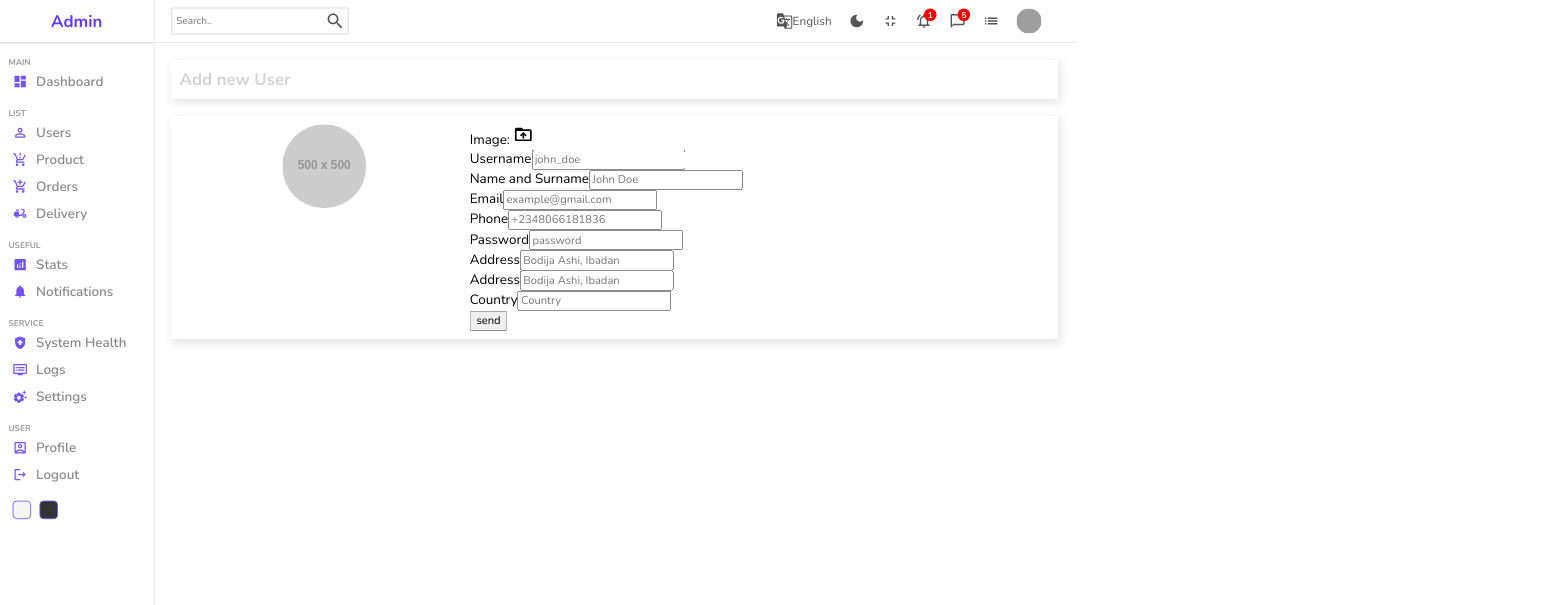
Repository: maescode/simple-react-admin-dashboard
Page: /users/new
The author's editor kept a copy of each file at every save. The page is drawn from the files as they stood at one save, then again after the next save.
The browser window is 1280 px wide. The page is 1280 px wide, then 1858 px, so the pictures cover 1858 px, including what lies to the right of the window. The pictures show the whole page, at 84% of full size.
Pictures or frames that could not be fetched are drawn as grey boxes. The project was rebuilt for these pictures with package versions that can differ from the ones it lists, and the page was loaded fresh each time. Also part of the build but not shown: src/App.css, src/pages/home/home.scss, src/pages/components/widget/widget.scss, src/pages/components/widget/Widget.jsx, src/pages/components/featured/featured.scss, src/pages/components/featured/Featured.jsx, src/pages/components/chart/chart.scss, src/pages/components/chart/Chart.jsx and 11 more.

Above is the page before, as saved 2022-08-10 06:01:16.

After the next save:
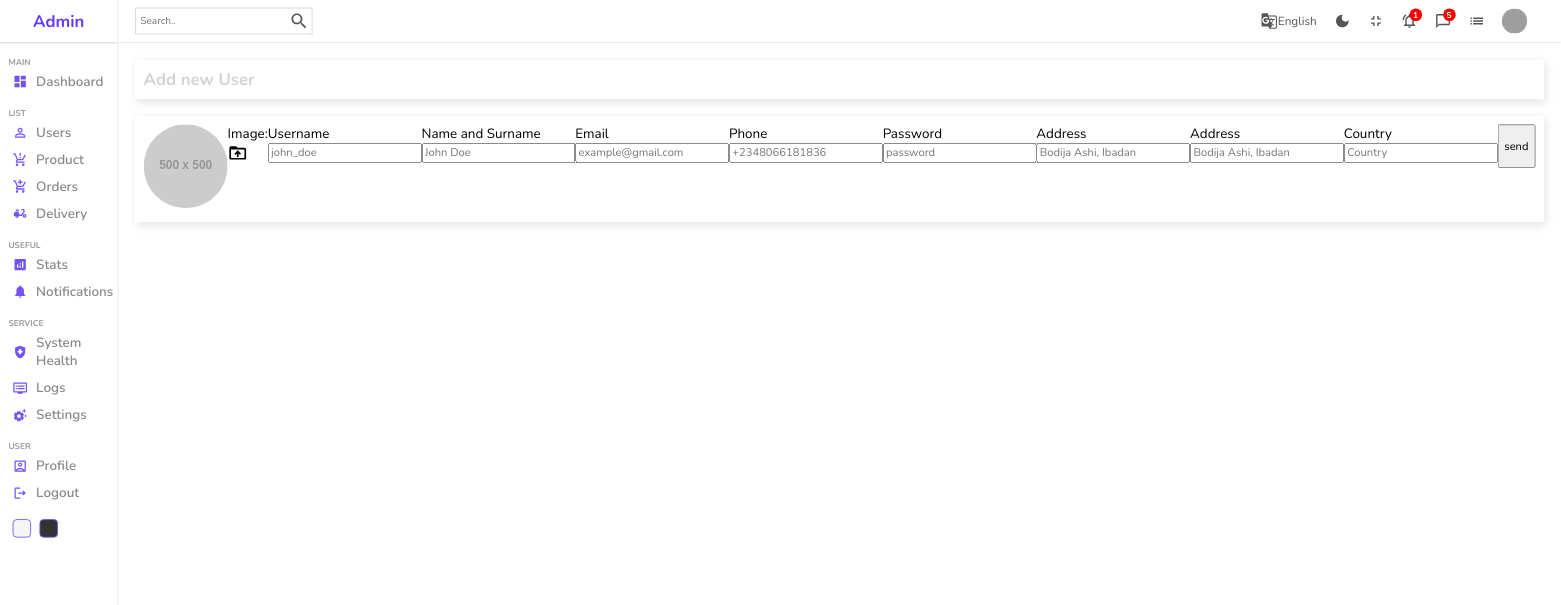
Saved 23 s later.
--- a/src/pages/new/new.scss
+++ b/src/pages/new/new.scss
@@ -31,6 +31,9 @@
     }
     .right {
       flex: 2;
+      form {
+        display: flex;
+      }
 
       //   form {
       //     display: flex;
